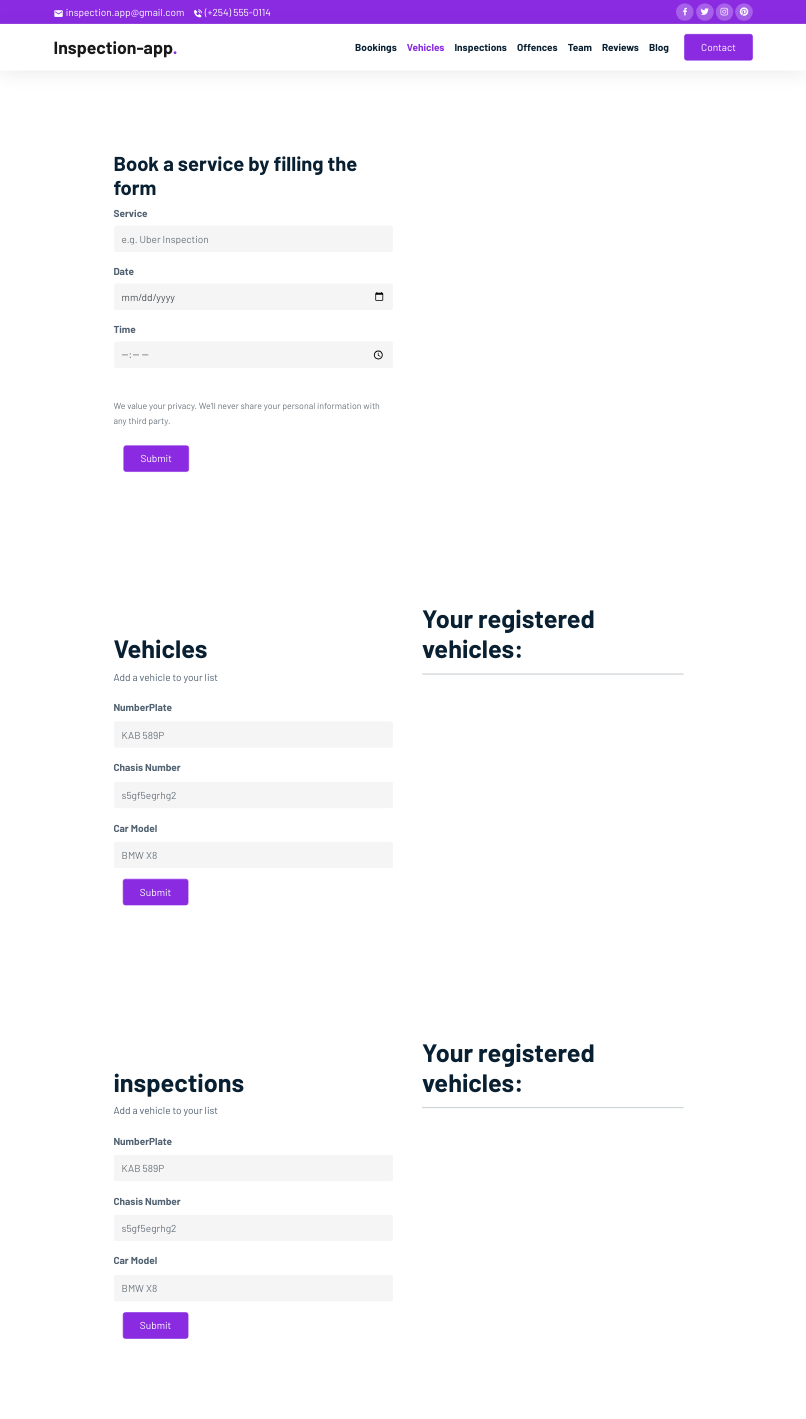
Repository: Jaynie8085/INSPECTION-APP
Page: client/dashboard.html
The author's editor kept a copy of each file at every save. The page is drawn from the files as they stood at one save, then again after the next save.
The browser window is 1280 px wide. The pictures show the whole page, at 63% of full size.
The page's requests for data from a server got no answer. Some web libraries are served in a nearby version.

Above is the page before, as saved 2022-10-16 18:24:18.

After the next save:
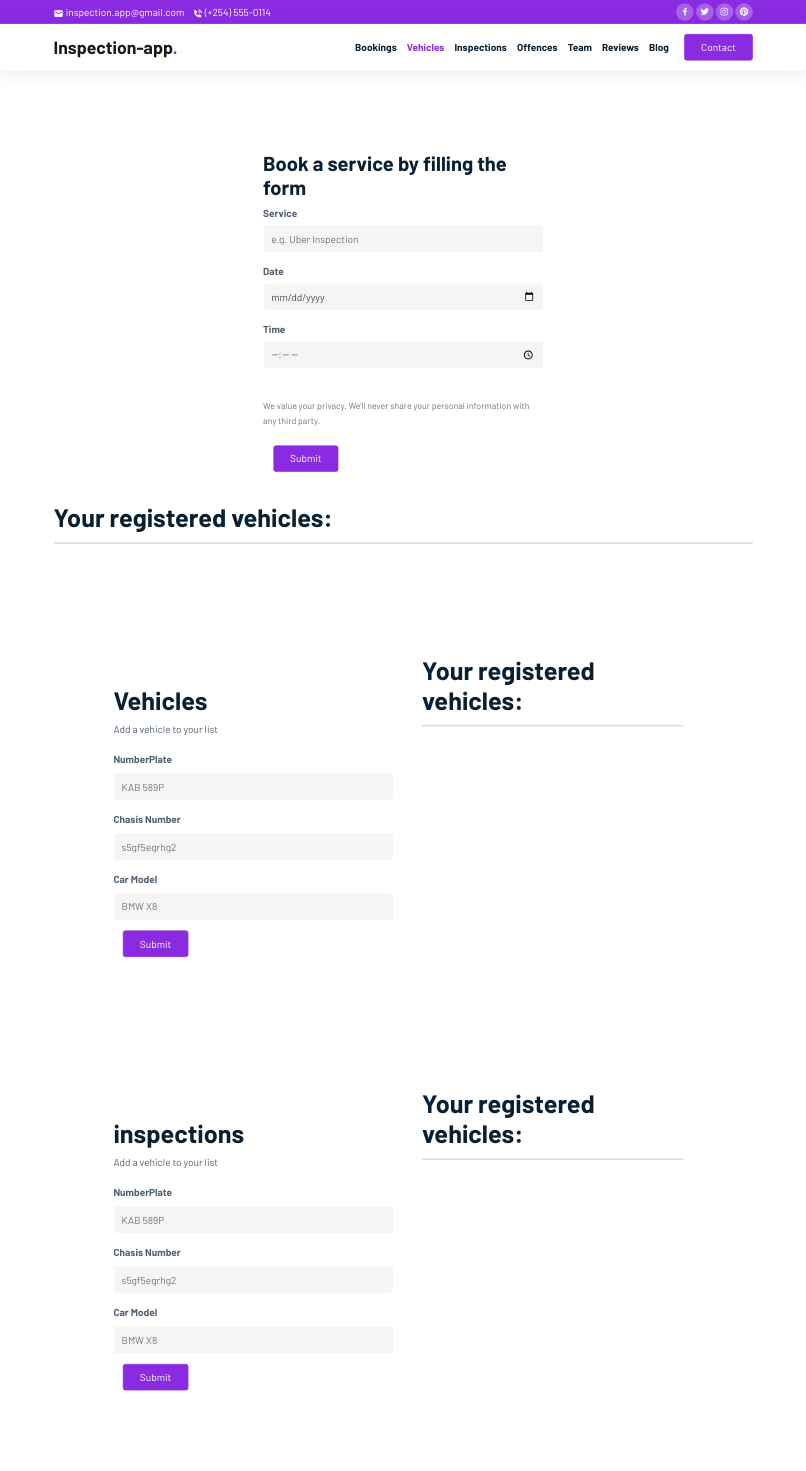
Saved 3 min 13 s later.
--- a/client/dashboard.html
+++ b/client/dashboard.html
@@ -97,7 +97,12 @@
                     </form>
 
                 </div>
-                <div id="data-table" class="col-lg-5">
+                <div class="container center"><h1>Your registered vehicles:</h1>
+                        <div >
+                            <ul id="quote-list">
+                            </ul>
+                        </div>
+                        <hr></div>
 
             </div>
         </div>
